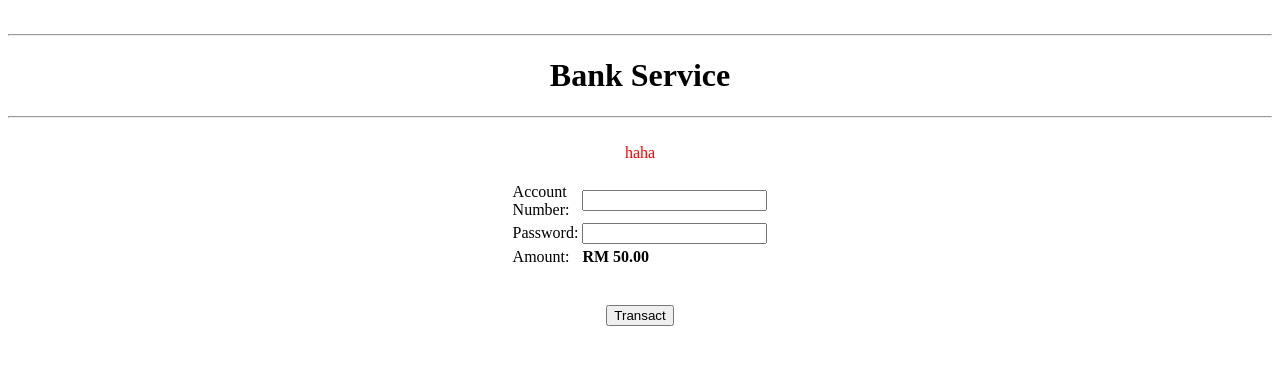
Repository: Jeck97/Mcdonald-Delivery-System
Page: http://localhost/McDelivery/bankService/transactionForm.jsp
An editor plug-in stored every save of this project. The page is shown before and after the next save, followed by the edit.
The browser window is 1280 px wide. The pictures show the whole page.
The page is served by Tomcat 9.

Above is the page before, as saved 2020-07-12 18:10:31.

After the next save:
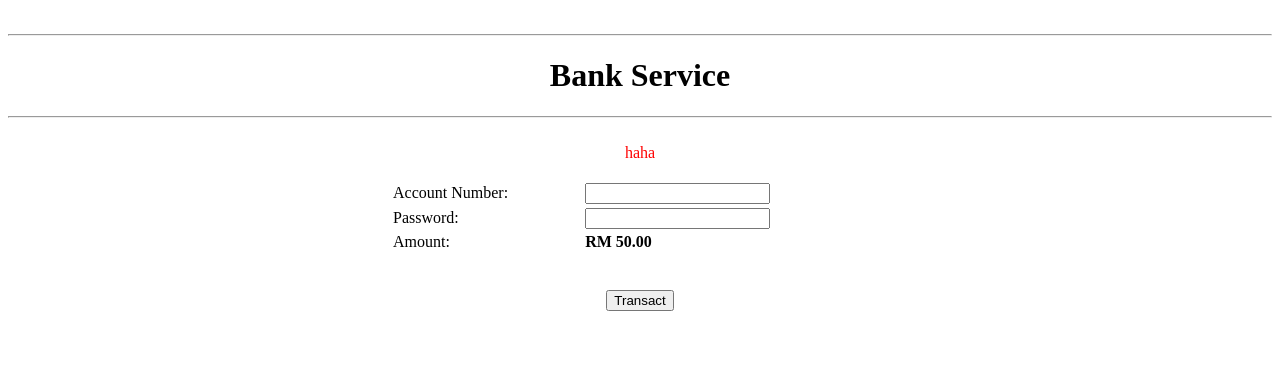
Saved 8 s later.
--- a/McDelivery/WebContent/bankService/transactionForm.jsp
+++ b/McDelivery/WebContent/bankService/transactionForm.jsp
@@ -24,7 +24,7 @@
 
 	<form action="transactionServlet" method="post">
 
-		<table style="align-content: space-between; margin: auto; width: 100px">
+		<table style="align-content: space-between; margin: auto; width: 500px">
 			<tr>
 				<td><label for="account_number">Account Number:</label></td>
 				<td><input id="account_number" name="account_number" type="number" required></td>
